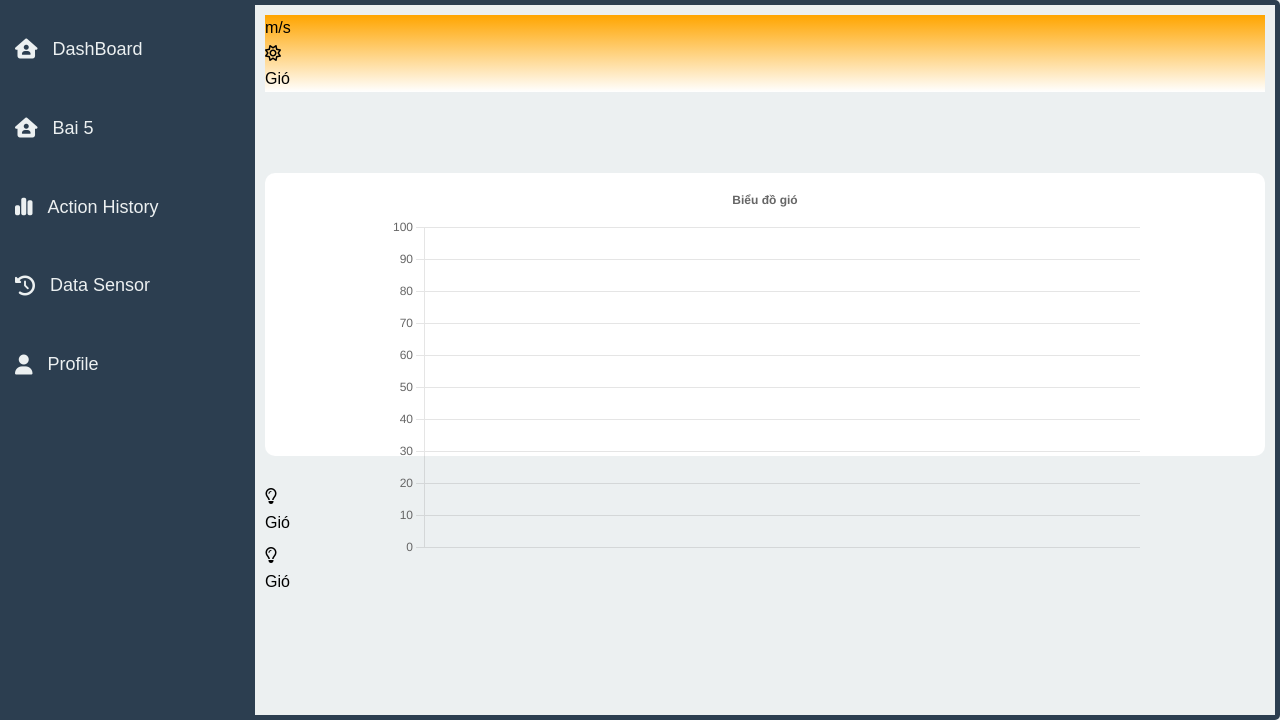
Repository: duongnoob23/duyyyy
Page: /bai5 (app in iot/)
These files come from the project's save history. The page is drawn as it stood at one moment and after a run of saves; the edit follows.
The browser window is 1280 px wide. The pictures show the whole page.
The page's requests for data from a server got no answer. Some web libraries are served in a nearby version. The project was rebuilt for these pictures with package versions that can differ from the ones it lists, and the page was loaded fresh each time. No one was signed in, and anything a server would have sent is missing. Also part of the build but not shown: iot/src/App.css, iot/src/Components/Doughnut/GaugeChart.js, iot/src/Components/LineChart/LineChartECharts.js, iot/src/Pages/Home/Home.js, iot/src/Pages/DataLogs/DataLogs.js, iot/src/Pages/Profile/Profile.css, iot/src/Pages/Profile/Profile.js, iot/src/Pages/Action/Action.js and 1 more.

Above is the page before, as saved 2024-12-02 21:05:52.

After the next 2 saves:
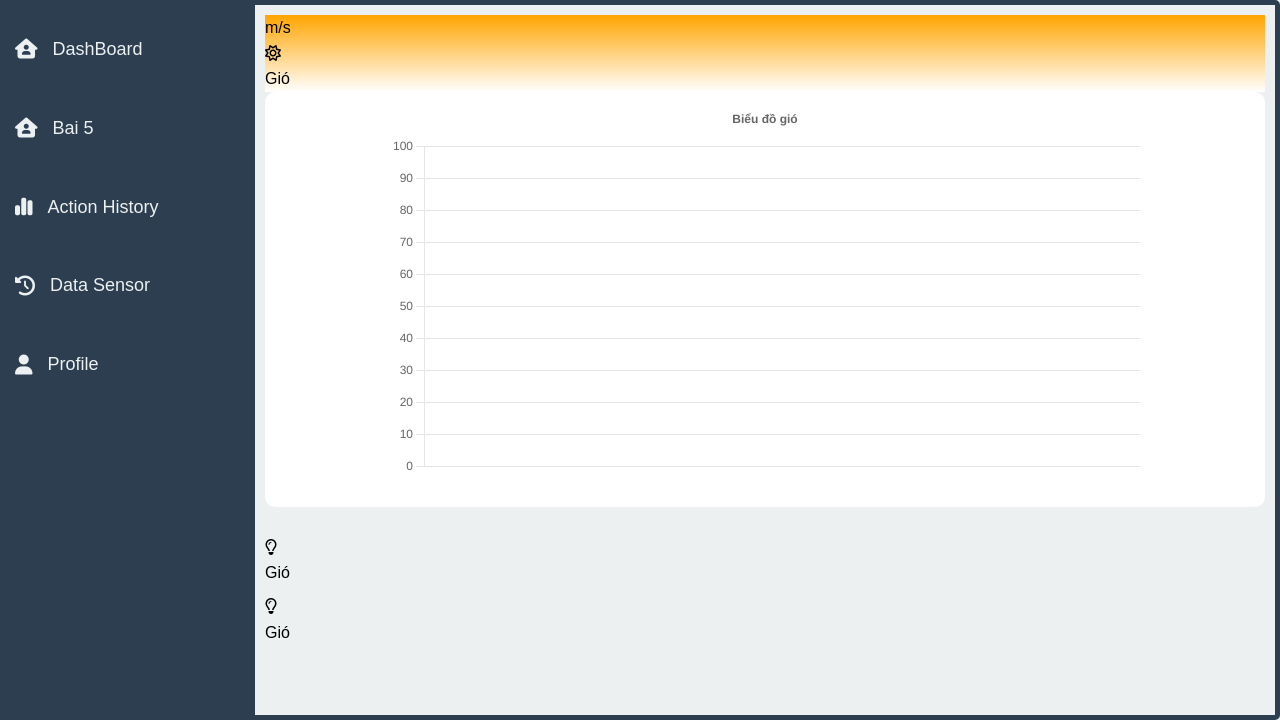
The 2 saves are shown as one change because they came seconds apart.
The last was saved 6 s later.
--- a/iot/src/Pages/Bai5/Bai5.css
+++ b/iot/src/Pages/Bai5/Bai5.css
@@ -8,14 +8,12 @@
 
 
 .section{
+}
+
+.section .section-two{
+    width: 100%;
     display: flex;
     flex-direction: column;
-}
-
-.section .section-two{
-    width: 100%;
-    display: flex;
-        flex-direction: column;
 }
 
 
